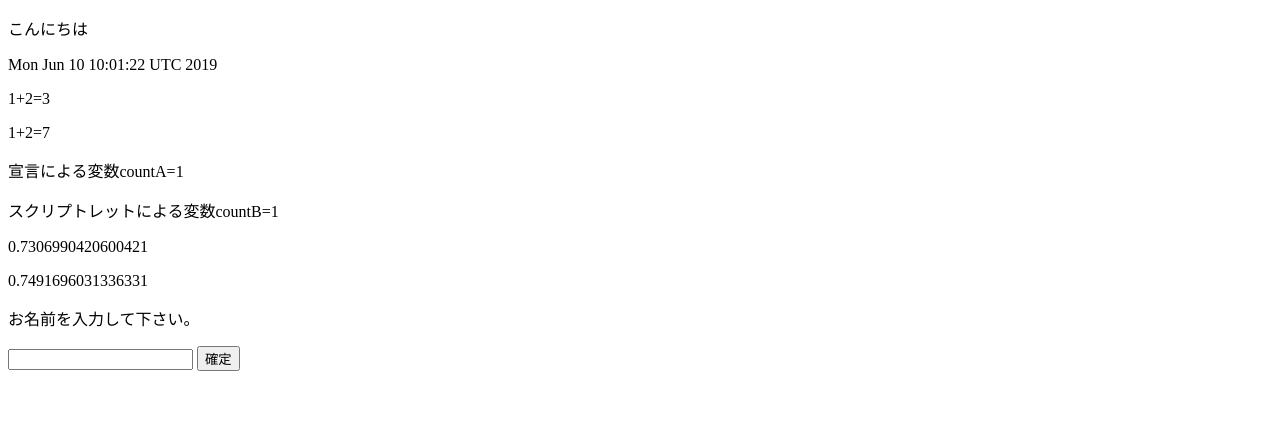
Repository: 938758923/test
Page: http://localhost/HelloJSP/
The author's editor kept a copy of each file at every save. The page is drawn from the files as they stood at one save, then again after the next save.
The browser window is 1280 px wide. The pictures show the whole page.
The page is served by Tomcat 9.

Above is the page before, as saved 2019-06-10 10:37:38.

After the next save:
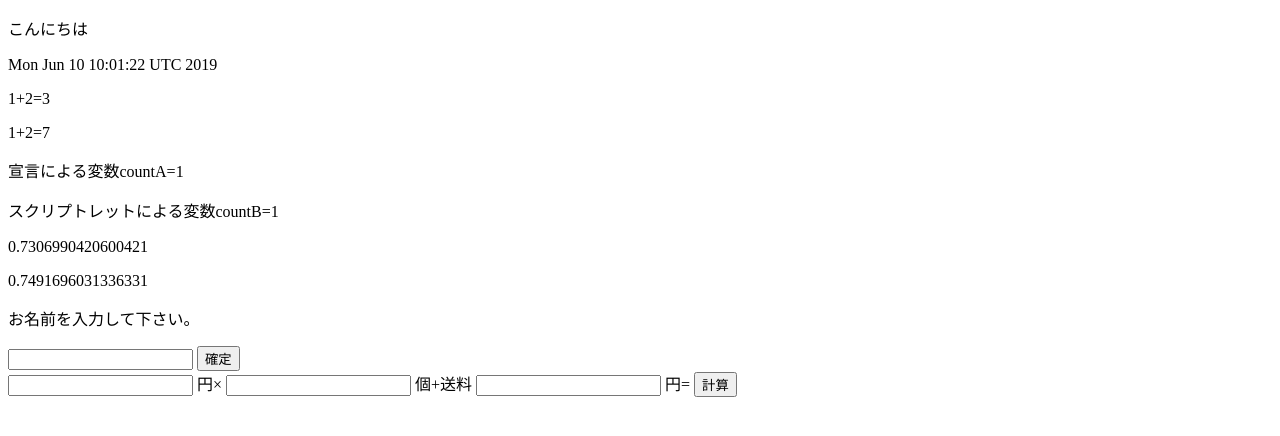
Saved 5 min 11 s later.
--- a/HelloJSP/WebContent/index.jsp
+++ b/HelloJSP/WebContent/index.jsp
@@ -36,5 +36,15 @@
 <input type="text" name="user">
 <input type="submit" value="確定">
 </form>
+
+<form method="post" action="total-out.jsp">
+<input type="text" name="price">
+円×
+<input type="text" name="count">
+個+送料
+<input type="text" name="delivery">
+円=
+<input type="submit" value="計算">
+</form>
 </body>
 </html>
